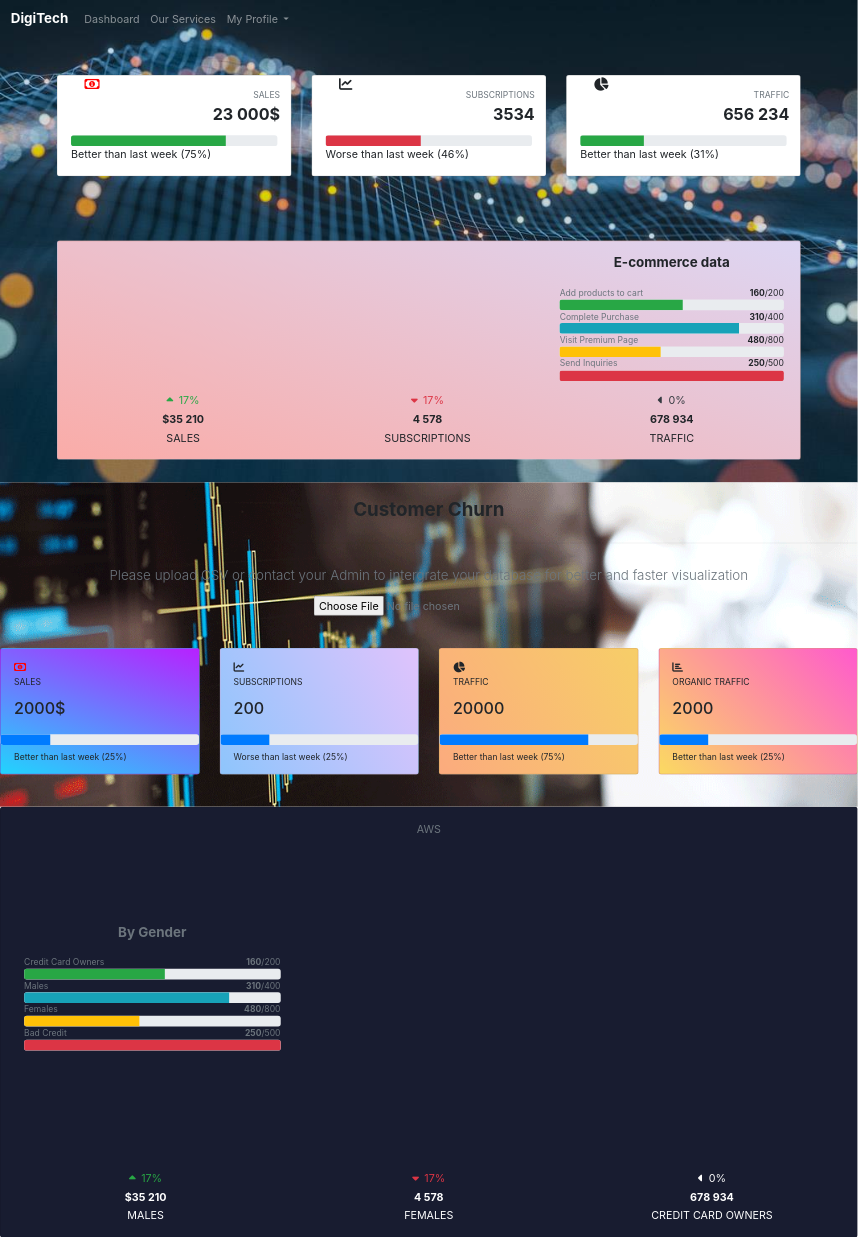
Repository: Tookliin/DigiTech
Page: /data
These files come from the project's save history. The page is drawn as it stood at one moment and after the next save; the edit follows.
The browser window is 1280 px wide. The page is 1295 px wide, so the pictures cover 1295 px, including what lies to the right of the window. The pictures show the whole page, at 67% of full size.
The project was rebuilt for these pictures with package versions that can differ from the ones it lists, and the page was loaded fresh each time. Also part of the build but not shown: src/components/Dashboard.vue, src/components/Profile.vue, src/components/Error.vue, src/components/Register.vue.

Above is the page before, as saved 2020-07-22 08:53:16.

After the next save:
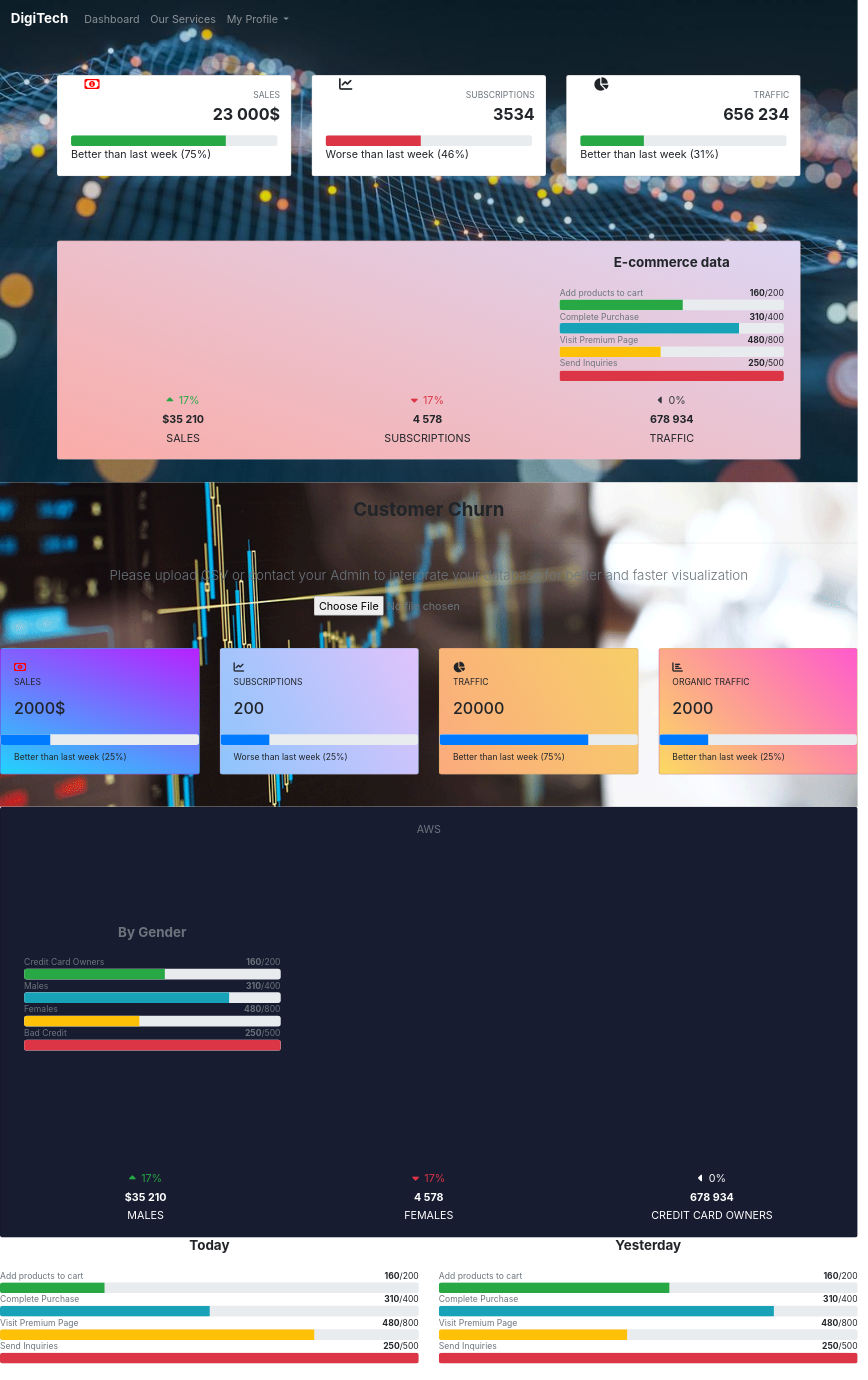
Saved 3 min 44 s later.
--- a/src/components/Organization.vue
+++ b/src/components/Organization.vue
@@ -308,6 +308,105 @@
     </div>
   </section>
 
+
+<section>
+
+      <!--Grid row-->
+      <div class="row">
+
+        <!--Grid column-->
+        <div class="col-md-6 mb-4">
+
+          <h5 class="text-center font-weight-bold mb-4">Today</h5>
+
+          <div class="d-flex justify-content-between">
+            <small class="text-muted">Add products to cart</small>
+            <small><span><strong>160</strong></span>/<span></span>200</small>
+          </div>
+          <div class="progress md-progress">
+            <div class="progress-bar bg-success" role="progressbar" style="width: 25%" aria-valuenow="25"
+              aria-valuemin="0" aria-valuemax="100"></div>
+          </div>
+
+          <div class="d-flex justify-content-between">
+            <small class="text-muted">Complete Purchase</small>
+            <small><span><strong>310</strong></span>/<span></span>400</small>
+          </div>
+          <div class="progress md-progress">
+            <div class="progress-bar bg-info" role="progressbar" style="width: 50%" aria-valuenow="50" aria-valuemin="0"
+              aria-valuemax="100"></div>
+          </div>
+
+          <div class="d-flex justify-content-between">
+            <small class="text-muted">Visit Premium Page</small>
+            <small><span><strong>480</strong></span>/<span></span>800</small>
+          </div>
+          <div class="progress md-progress">
+            <div class="progress-bar bg-warning" role="progressbar" style="width: 75%" aria-valuenow="75"
+              aria-valuemin="0" aria-valuemax="100"></div>
+          </div>
+
+          <div class="d-flex justify-content-between">
+            <small class="text-muted">Send Inquiries</small>
+            <small><span><strong>250</strong></span>/<span></span>500</small>
+          </div>
+          <div class="progress md-progress">
+            <div class="progress-bar bg-danger" role="progressbar" style="width: 100%" aria-valuenow="100"
+              aria-valuemin="0" aria-valuemax="100"></div>
+          </div>
+
+        </div>
+        <!--Grid column-->
+
+        <!--Grid column-->
+        <div class="col-md-6 mb-4">
+
+          <h5 class="text-center font-weight-bold mb-4">Yesterday</h5>
+
+          <div class="d-flex justify-content-between">
+            <small class="text-muted">Add products to cart</small>
+            <small><span><strong>160</strong></span>/<span></span>200</small>
+          </div>
+          <div class="progress md-progress">
+            <div class="progress-bar bg-success" role="progressbar" style="width: 55%" aria-valuenow="55"
+              aria-valuemin="0" aria-valuemax="100"></div>
+          </div>
+
+          <div class="d-flex justify-content-between">
+            <small class="text-muted">Complete Purchase</small>
+            <small><span><strong>310</strong></span>/<span></span>400</small>
+          </div>
+          <div class="progress md-progress">
+            <div class="progress-bar bg-info" role="progressbar" style="width: 80%" aria-valuenow="80" aria-valuemin="0"
+              aria-valuemax="100"></div>
+          </div>
+
+          <div class="d-flex justify-content-between">
+            <small class="text-muted">Visit Premium Page</small>
+            <small><span><strong>480</strong></span>/<span></span>800</small>
+          </div>
+          <div class="progress md-progress">
+            <div class="progress-bar bg-warning" role="progressbar" style="width: 45%" aria-valuenow="45"
+              aria-valuemin="0" aria-valuemax="100"></div>
+          </div>
+
+          <div class="d-flex justify-content-between">
+            <small class="text-muted">Send Inquiries</small>
+            <small><span><strong>250</strong></span>/<span></span>500</small>
+          </div>
+          <div class="progress md-progress">
+            <div class="progress-bar bg-danger" role="progressbar" style="width: 100%" aria-valuenow="100"
+              aria-valuemin="0" aria-valuemax="100"></div>
+          </div>
+
+        </div>
+        <!--Grid column-->
+
+      </div>
+      <!--Grid row-->
+
+    </section>
+    <!--Section: Block Content-->
 
 
     </div>
